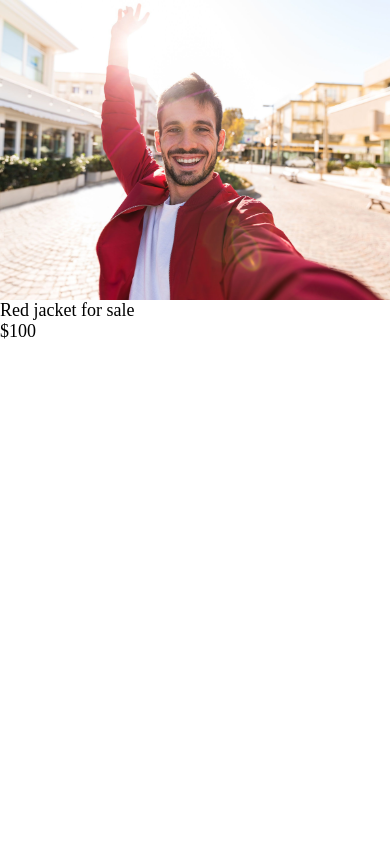
Repository: georgehgfonseca/F05-Trena-Native
Screen: /
The author's editor kept a copy of each file at every save. The screen is drawn from the files as they stood at one save, then again after a run of saves.
The app was drawn by React Native's web renderer in a window 390 px wide. The project was rebuilt for these pictures with package versions that can differ from the ones it lists, and the page was loaded fresh each time.

Above is the screen before, as saved 2022-10-13 15:44:41.

After the next 2 saves:
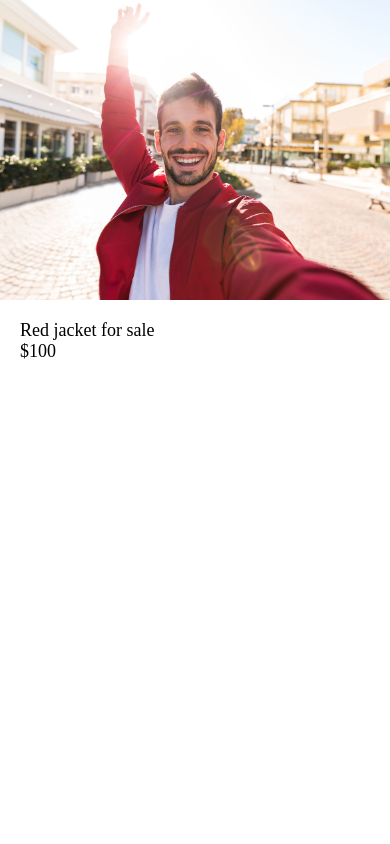
The 2 saves are shown as one change because 1 did not build or start.
The last was saved 43 s later.
--- a/app/screens/ListingDetailsScreen.tsx
+++ b/app/screens/ListingDetailsScreen.tsx
@@ -10,7 +10,7 @@ export function ListingDetailsScreen(props: any) {
         source={require("../assets/jacket.jpg")}
       ></Image>
       <View style={styles.detailsContainer}>
-        <AppText>Red jacket for sale</AppText>
+        <AppText style={styles.title}>Red jacket for sale</AppText>
         <AppText>$100</AppText>
       </View>
     </View>
@@ -18,6 +18,9 @@ export function ListingDetailsScreen(props: any) {
 }
 
 const styles = StyleSheet.create({
+  detailsContainer: {
+    padding: 20,
+  },
   image: {
     width: "100%",
     height: 300,
